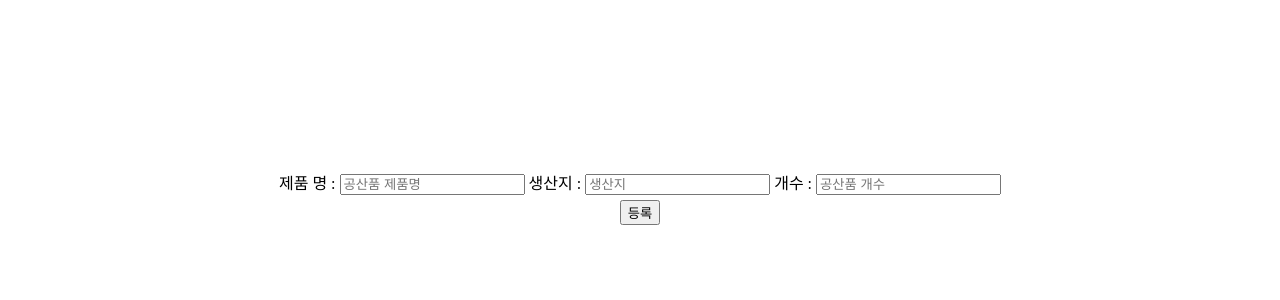
Repository: charmingjae/swproject
Page: http://localhost/board_project/product.jsp
These files come from the project's save history. The page is drawn as it stood at one moment and after the next save; the edit follows.
The browser window is 1280 px wide. The pictures show the whole page.
The page is served by Tomcat 9.

Above is the page before, as saved 2019-09-17 15:19:07.

After the next save:
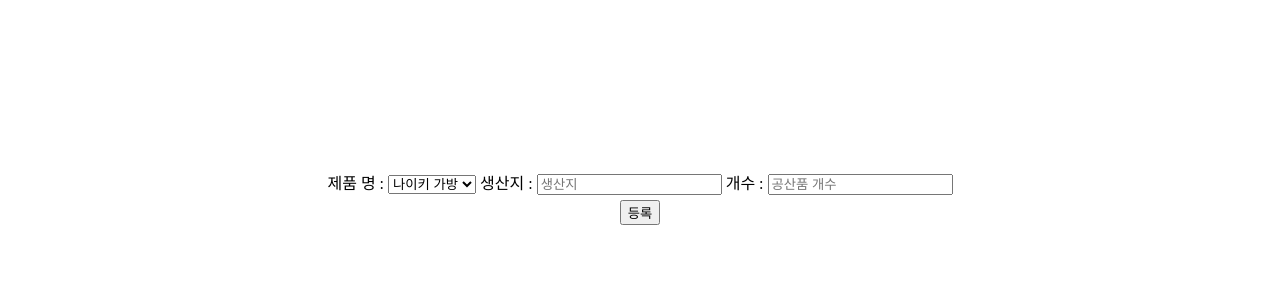
Saved 87 min 44 s later.
--- a/board_project/board_project/WebContent/product.jsp
+++ b/board_project/board_project/WebContent/product.jsp
@@ -40,9 +40,17 @@ function writeCheck()
 			 <center>
 				 <form name=writeform method=post action="write_ok.jsp">
 				 			<br /><br /><br /><br /><br /><br /><br /><br /><br />
-				 			제품 명 : <input name="proname" placeholder="공산품 제품명"/>
+<!-- 				 			제품 명 : <input name="proname" placeholder="공산품 제품명"/>
 				 			생산지 : 	<input name="proloc" placeholder="생산지" />
+							개수 : 	<input name="pronumber" placeholder="공산품 개수"/> -->
+
+							제품 명 : <select name="proname" size="1" placeholder="공산품 제품명">
+										<option value="나이키 가방">나이키 가방</option>
+									</select>
+									</select>
+							생산지 : 	<input name="proloc" placeholder="생산지" />
 							개수 : 	<input name="pronumber" placeholder="공산품 개수"/>
+
 				 </form>
 			 </center>
 		</table>
